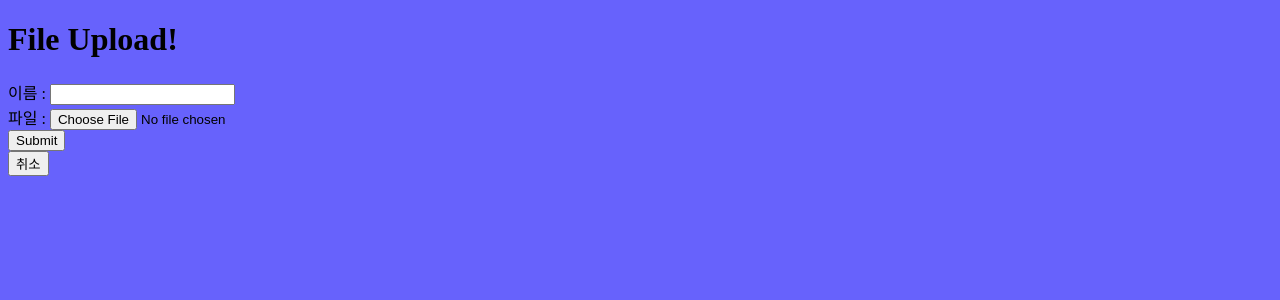
Repository: violetaplum/eclipseJSP
Page: JSP/WebContent/FileDownload.html
These files come from the project's save history. The page is drawn as it stood at one moment and after the next save; the edit follows.
The browser window is 1280 px wide. The pictures show the whole page.

Above is the page before, as saved 2019-06-05 07:23:06.

### JSP/WebContent/FileDownload.html
<!DOCTYPE html>
<html>
<meta http-equiv="content-type" content="text/html; charset=utf-8" />
<head>

  <title>request</title>
  <style>
body
{
  background: #6762fc;
}
  </style>
</head>
  <body>
  <h1>File Upload!</h1>
  <form action="./uploadtoserver.jsp" method="post" enctype="multipart/form-data">
                                                      <!-- file올릴때 항상 이렇게 사용해야함 -->
                                                      <!-- 받은 jar file을 사용하는 명령어 -->
    이름 : <input type="text" name="irum1" /><br />
    파일 : <input type="file" name="file1"  /><br />
    <!-- input type과 enctype은 이런 형식으로 맞춰줘야한다 -->
    <input type="submit" name="가자 업로드로" /><br />
    <input type="reset" value="취소" /><br />

  </form>
  </body>
</html>

After the next save:
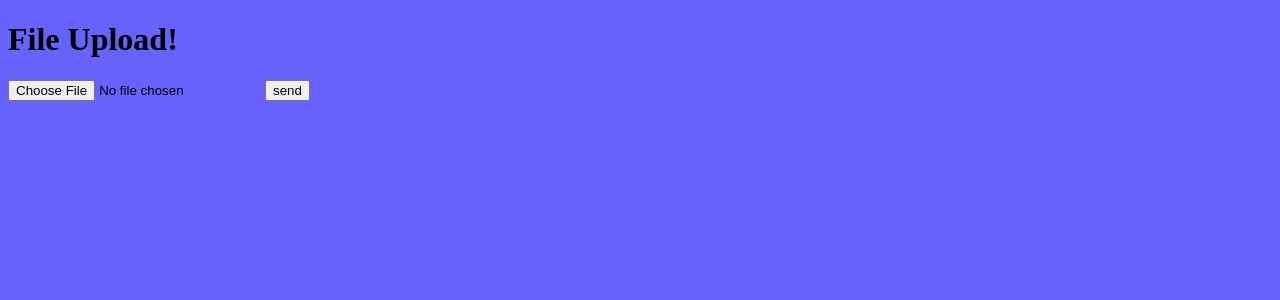
Saved 16 s later.
--- a/JSP/WebContent/FileDownload.html
+++ b/JSP/WebContent/FileDownload.html
@@ -13,15 +13,9 @@ body
 </head>
   <body>
   <h1>File Upload!</h1>
-  <form action="./uploadtoserver.jsp" method="post" enctype="multipart/form-data">
-                                                      <!-- file올릴때 항상 이렇게 사용해야함 -->
-                                                      <!-- 받은 jar file을 사용하는 명령어 -->
-    이름 : <input type="text" name="irum1" /><br />
-    파일 : <input type="file" name="file1"  /><br />
-    <!-- input type과 enctype은 이런 형식으로 맞춰줘야한다 -->
-    <input type="submit" name="가자 업로드로" /><br />
-    <input type="reset" value="취소" /><br />
-
-  </form>
+  <form name="fileForm" id="fileForm" method="post" action="FileDownloadP.jsp" enctype="multipart/form-data">
+    <input type="file" name="uploadFile" id="uploadFile">
+    <input type="submit" value="send">
+</form>
   </body>
 </html>
